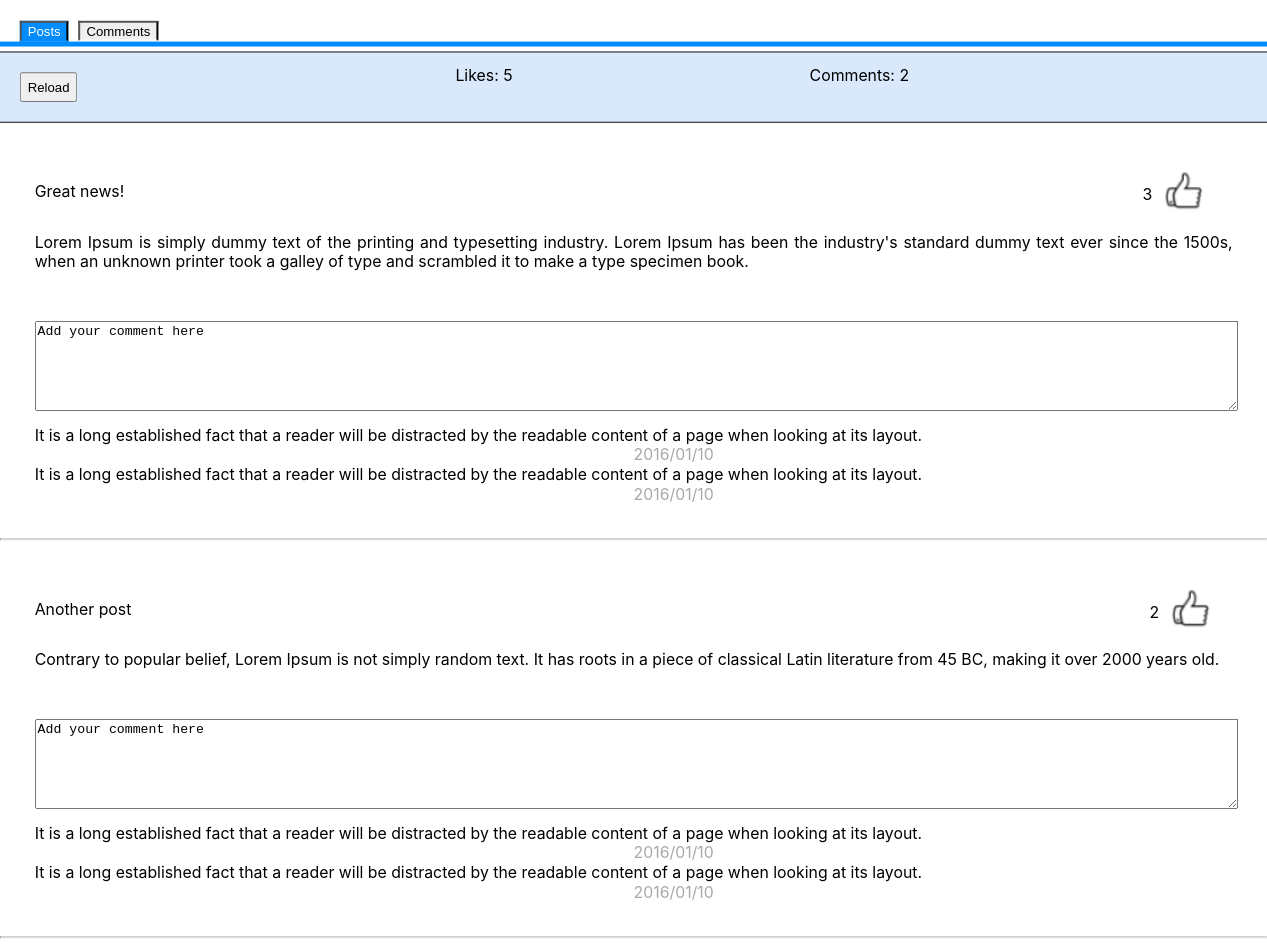
Repository: milosKomiRajkovic94/cleverbit-project
Page: /
An editor plug-in stored every save of this project. The page is shown before and after the next save, followed by the edit.
The browser window is 1280 px wide. The pictures show the whole page, at 99% of full size.
The project was rebuilt for these pictures with package versions that can differ from the ones it lists, and the page was loaded fresh each time. Also part of the build but not shown: src/utils/Loader.js.

Above is the page before, as saved 2020-10-13 20:52:52.

### src/index.js
import React from 'react';

import ReactDOM from 'react-dom';

import App from './App';

import * as serviceWorker from './serviceWorker';

import configureStore from "./store";

import { Provider } from "react-redux";

import { HashRouter as Router } from "react-router-dom";

import "./scss/index.scss";

const store = configureStore();

ReactDOM.render(
  <React.StrictMode>
    <Provider store={store} >
      <Router>
        <App />
      </Router>
    </Provider>
  </React.StrictMode>,
  document.getElementById('root')
);

// If you want your app to work offline and load faster, you can change
// unregister() to register() below. Note this comes with some pitfalls.
// Learn more about service workers: https://bit.ly/CRA-PWA
serviceWorker.unregister();

### src/App.js
import React, {useEffect, useState, lazy, Suspense} from 'react';

import { connect } from "react-redux";

import { bindActionCreators } from "redux";

import { loadCurrentPosts } from "./actions/postActions";

import {
  useHistory,
  Route,
  Switch,
  withRouter,
} from "react-router-dom";

import Header from "./components/HeaderComponents/Header";

import PostsContainer from "./components/PostsComponents/PostsContainer";

import { POSTS, COMMENTS, HOME } from "./constants/urls";

import Loader from "./utils/Loader";

const App = ({ currentPosts, currentPostsAreLoading, currentPostsFailedLoading, loadCurrentPostsAction }) => {

  const [initialLoadingDone, setInitialLoadingDone] = useState(false);
  const history = useHistory();

  useEffect(() => {
    if(!initialLoadingDone){
      loadCurrentPostsAction(true);
      setInitialLoadingDone(true);
    }
  }, [initialLoadingDone, loadCurrentPostsAction])

  function changeLocation(locationToGo) {
    history.push(locationToGo);
  }

  function waitingComponent(Component) {
    return (props) => (
      <Suspense
        fallback={<Loader classNameOfWrapper="centered" text={"Loading"} />}
      >
        <Component {...props} />
      </Suspense>
    );
  }

  return (
    <div className="App">
       <Header
        changeLocation={changeLocation}
       />
       <Switch>
        <Route exact path={HOME} component={PostsContainer} />
        <Route
          exact
          path={POSTS}
          component={waitingComponent(
            lazy(() =>
              import("./components/PostsComponents/PostsContainer")
            )
          )}
        />
        <Route
          exact
          path={COMMENTS}
          component={waitingComponent(
            lazy(() =>
              import("./components/CommentsComponents/CommentsContainer")
            )
          )}
        />
      </Switch>
    </div>
  );
}

const mapStateToProps = (state) => {
  return {
    currentPosts: state.postReducer.currentPosts,
    currentPostsAreLoading: state.postReducer.currentPostsAreLoading,
    currentPostsFailedLoading: state.postReducer.currentPostsFailedLoading,
  }
}

const mapDispatchToProps = (dispatch) => {
  return{
    loadCurrentPostsAction: bindActionCreators(loadCurrentPosts, dispatch)
  }
}

export default withRouter(connect(mapStateToProps, mapDispatchToProps) (App));

### src/store.js
import { createStore, applyMiddleware } from "redux";

import thunk from "redux-thunk";

import rootReducer from "./reducers";

export default function configureStore(){
    return createStore(
        rootReducer,
        applyMiddleware(thunk)
    )
}

### src/scss/index.scss
@import 'app';

@import 'header';

@import 'posts';

### src/actions/postActions.js
import { CURRENT_POSTS_LOADED_SUCCESSFULLY, CURRENT_POSTS_ARE_LOADING, CURRENT_POSTS_FAILED_LOADING, CURRENT_POSTS_LOADED_SUCCESSFULLY_AFTER_INITIAL_LOAD } from "./actionTypes";

import  fakeData from "../constants/fakeData";

export function currentPostsAreLoadingAction(currentPostsAreLoading){
    return{
        type: CURRENT_POSTS_ARE_LOADING,
        currentPostsAreLoading
    }
}

export function currentPostsFailedLoadingAction(currentPostsFailedLoading){
    return{
        type: CURRENT_POSTS_FAILED_LOADING,
        currentPostsFailedLoading
    }
}

export function currentPostsLoadedSuccessfullyAction(currentPosts){
    return{
        type: CURRENT_POSTS_LOADED_SUCCESSFULLY,
        currentPosts
    }
}

/* This is just an action for remaining the current state in order not to have restarted data, but instead updated current data after click on RELOAD BUTTON.
    Delete this action after implementation of API endpoint and use just currentPostsLoadedSuccessfullyAction in order to send current data from the endpoint.
*/
export function currentPostsLoadedSuccessfullyAfterInitialLoad(){
    return{
        type: CURRENT_POSTS_LOADED_SUCCESSFULLY_AFTER_INITIAL_LOAD,
    }
}


export function loadCurrentPosts(initialLoad){
    return(dispatch) => {
        dispatch(currentPostsAreLoadingAction(true));
        /* I will pass direct fake JSON data here and you can implement your actual API end point request here.
        setTimeout will be used as imitation that it takes some time for the request to reach endpoint. */
        setTimeout(function(){
            if(initialLoad){
                dispatch(currentPostsLoadedSuccessfullyAction(fakeData));
            }else {
                dispatch(currentPostsLoadedSuccessfullyAfterInitialLoad());
            }
        }, 1500)

    }
}

### src/components/HeaderComponents/Header.js
import React from "react";

import {
    POSTS,
    COMMENTS,
    HOME
} from "../../constants/urls";

import {
    withRouter,
    useLocation,
  } from "react-router-dom";

const Header = ({ changeLocation }) => {
    const location = useLocation();

    return(
        <div className="header">
            <button className={location.pathname === POSTS || location.pathname === HOME ? "selectedHeaderButton" : "ordinaryButton"} onClick={() => changeLocation(POSTS)}>
                Posts
            </button>
            <button className={location.pathname === COMMENTS ? "rightButton selectedHeaderButton" : "rightButton ordinaryButton"} onClick={() => changeLocation(COMMENTS)}>
                Comments
            </button>
        </div>
    )
}

export default withRouter(Header);

### src/components/PostsComponents/PostsContainer.js
import React from "react";

import { connect } from "react-redux";

import Post from "./Post";

const PostsContainer = ({
    currentNumberOfLikes,
    currentNumberOfComments,
    currentPosts
}) => {
    return(
        <div>
            <div className="postsHeader">
                <button className="reloadButton">
                    Reload
                </button>
                <div className="likesAndCommentsNumber">
                    <span className="likesNumber">
                        Likes: {currentNumberOfLikes}
                    </span>
                    <span className="commentsNumber">
                        Comments: {currentNumberOfComments}
                    </span>
                </div>
            </div>
            <div className="postsContainer">
                {currentPosts.map((singlePost) => {
                    return(
                        <>
                            <Post
                                key={"singlePost" + singlePost.id}
                                title={singlePost.title}
                                comments={singlePost.comments}
                                description={singlePost.description}
                                numberOfLikes={singlePost.numberOfLikes}
                            />
                            <hr className="singlePostHr" />
                        </>
                    )
                })}
            </div>
        </div>
    )
}

const mapStateToProps = (state) => {
    return{
        currentNumberOfLikes: state.postReducer.currentNumberOfLikes,
        currentNumberOfComments: state.postReducer.currentNumberOfComments,
        currentPosts: state.postReducer.currentPosts,
    }
}

export default connect(mapStateToProps) (PostsContainer);

### src/constants/urls.js
export const POSTS = "/posts";
export const COMMENTS = "/comments";
export const HOME = "/";

### src/reducers/index.js
import { combineReducers } from "redux";

import { postReducer } from "./postsReducer";

export default combineReducers({
    postReducer
});

### src/scss/app.scss
body {
  margin: 0;
  font-family: -apple-system, BlinkMacSystemFont, 'Segoe UI', 'Roboto', 'Oxygen',
    'Ubuntu', 'Cantarell', 'Fira Sans', 'Droid Sans', 'Helvetica Neue',
    sans-serif;
  -webkit-font-smoothing: antialiased;
  -moz-osx-font-smoothing: grayscale;
}

code {
  font-family: source-code-pro, Menlo, Monaco, Consolas, 'Courier New',
    monospace;
}

.centered {
  position: fixed;
  top: 50%;
  left: 50%;
}

### src/scss/header.scss
.header {
  padding: 20px;
  border-bottom: 5px solid #008cff;
  padding-bottom: 0px;
}

.selectedHeaderButton,
.selectedHeaderButton:focus,
.selectedHeaderButton:active {
  background: #008cff;
  color: #fff;
  border-bottom: 2px solid #008cff;
  outline: none;
}

.ordinaryButton {
  border-bottom: 1px solid #fff;
}

.rightButton {
  margin-left: 10px;
}

### src/scss/posts.scss
.postsHeader {
  display: inline-flex;
  width: 100%;
  height: 70px;
  margin-top: 5px;
  border-top: 1px solid #111;
  border-bottom: 1px solid #111;
  background-color: #dae8fc;
}

.likesAndCommentsNumber span {
  padding: 150px;
}

.likesAndCommentsNumber {
  width: 100%;
  text-align: center;
  padding-top: 1%;
}

.reloadButton {
  margin: 20px;
}

.postHeader {
  display: inline-flex;
  width: 100%;
  height: 75px;
}

.postLikes {
  display: inline-flex;
  padding-left: 85%;
}

.concreteNumberOfLikes {
  padding-top: 35%;
}

.postTitle {
  padding-top: 2%;
}

.postDescription {
  text-align: justify;
}

.postCommentSection textarea {
  width: 100%;
  height: 85px;
  margin-top: 50px;
  margin-bottom: 10px;
}

.singleCommentText {
  display: block;
  width: 100%;
}

.singleCommentDate {
  width: 100%;
  padding-left: 50%;
  color: darkgrey;
}

.singlePost {
  margin: 35px;
}

### src/actions/actionTypes.js
export const CURRENT_POSTS_LOADED_SUCCESSFULLY = "CURRENT_POSTS_LOADED_SUCCESSFULLY";
export const CURRENT_POSTS_LOADED_SUCCESSFULLY_AFTER_INITIAL_LOAD = "CURRENT_POSTS_LOADED_SUCCESSFULLY_AFTER_INITIAL_LOAD";
export const CURRENT_POSTS_ARE_LOADING = "CURRENT_POSTS_ARE_LOADING";
export const CURRENT_POSTS_FAILED_LOADING = "CURRENT_POSTS_FAILED_LOADING";

### src/constants/fakeData.js
export default [
    {
        id: 1,
        title: "Great news!",
        description: "Lorem Ipsum is simply dummy text of the printing and typesetting industry. Lorem Ipsum has been the industry's standard dummy text ever since the 1500s, when an unknown printer took a galley of type and scrambled it to make a type specimen book.",
        comments: [
            {
                id: 1,
                text: "It is a long established fact that a reader will be distracted by the readable content of a page when looking at its layout.",
                date: "2016/01/10"
            },
            {
                id: 2,
                text: "It is a long established fact that a reader will be distracted by the readable content of a page when looking at its layout.",
                date: "2016/01/10"
            }
        ],
        numberOfLikes: 3
    },
    {
        id: 2,
        title: "Another post",
        description: "Contrary to popular belief, Lorem Ipsum is not simply random text. It has roots in a piece of classical Latin literature from 45 BC, making it over 2000 years old.",
        comments: [
            {
                id: 3,
                text: "It is a long established fact that a reader will be distracted by the readable content of a page when looking at its layout.",
                date: "2016/01/10"
            },
            {
                id: 2,
                text: "It is a long established fact that a reader will be distracted by the readable content of a page when looking at its layout.",
                date: "2016/01/10"
            }
        ],
        numberOfLikes: 2
    }
]

### src/components/PostsComponents/Post.js
import React from "react";

const Post = ({ title, description, comments, numberOfLikes }) => {
    return(
        <div className="singlePost">
            <div className="postHeader">
                <div className="postTitle">
                    {title}
                </div>
                <div className="postLikes">
                    <span className="concreteNumberOfLikes">
                        {numberOfLikes}
                    </span>
                    <img className="likeImage" src={require("./images/likeButtonImage.png")} alt="likeImage" />
                </div>
            </div>
            <div className="postDescription">
                {description}
            </div>
            <div className="postCommentSection">
                <textarea name="newComment" defaultValue={"Add your comment here"} />
            </div>
            {comments.map((comment) => {
                return(
                    <div key={"singleComment" + comment.id} className="singleComment">
                        <span className="singleCommentText">
                            {comment.text}
                        </span>
                        <span className="singleCommentDate">
                            {comment.date}
                        </span>
                    </div>
                )
            })}
        </div>
    )
}

export default Post;

### src/reducers/postsReducer.js
import { CURRENT_POSTS_LOADED_SUCCESSFULLY, CURRENT_POSTS_ARE_LOADING, CURRENT_POSTS_FAILED_LOADING, CURRENT_POSTS_LOADED_SUCCESSFULLY_AFTER_INITIAL_LOAD } from "../actions/actionTypes";

import initialState from "../initialState";


export function postReducer(
    state = initialState.postsReducerState,
    action
) {
    switch(action.type){
        case CURRENT_POSTS_LOADED_SUCCESSFULLY: {
            return{
                ...state,
                currentPosts: action.currentPosts,
                currentPostsAreLoading: false,
                currentPostsFailedLoading: false,
            };
        }

        //When using the real API endpoint just remove this case
        case CURRENT_POSTS_LOADED_SUCCESSFULLY_AFTER_INITIAL_LOAD: {
            return{
                ...state,
                currentPosts: state.currentPosts,
                currentPostsAreLoading: false,
                currentPostsFailedLoading: false,
            };
        }

        case CURRENT_POSTS_ARE_LOADING: {
            return{
                ...state,
                //When using the real API endpoint just replace this with empty array []
                currentPosts: state.currentPosts,
                currentPostsAreLoading: action.currentPostsAreLoading,
                currentPostsFailedLoading: false,
            };
        }

        case CURRENT_POSTS_FAILED_LOADING: {
            return {
                ...state,
                //When using the real API endpoint just replace this with empty array []
                currentPosts: state.currentPosts,
                currentPostsAreLoading: false,
                currentPostsFailedLoading: action.currentPostsFailedLoading,
            }
        }

        default: {
            return state;
        }
    }
}

### src/initialState.js
export default {
    postsReducerState: {
        currentPosts: [],
        currentNumberOfLikes: 5,
        currentNumberOfComments: 2,
        currentPostsAreLoading: false,
        currentPostsFailedLoading: false,
    }
}

Loaded but not shown: public/index.html (common file); src/serviceWorker.js (common file)

After the next save:
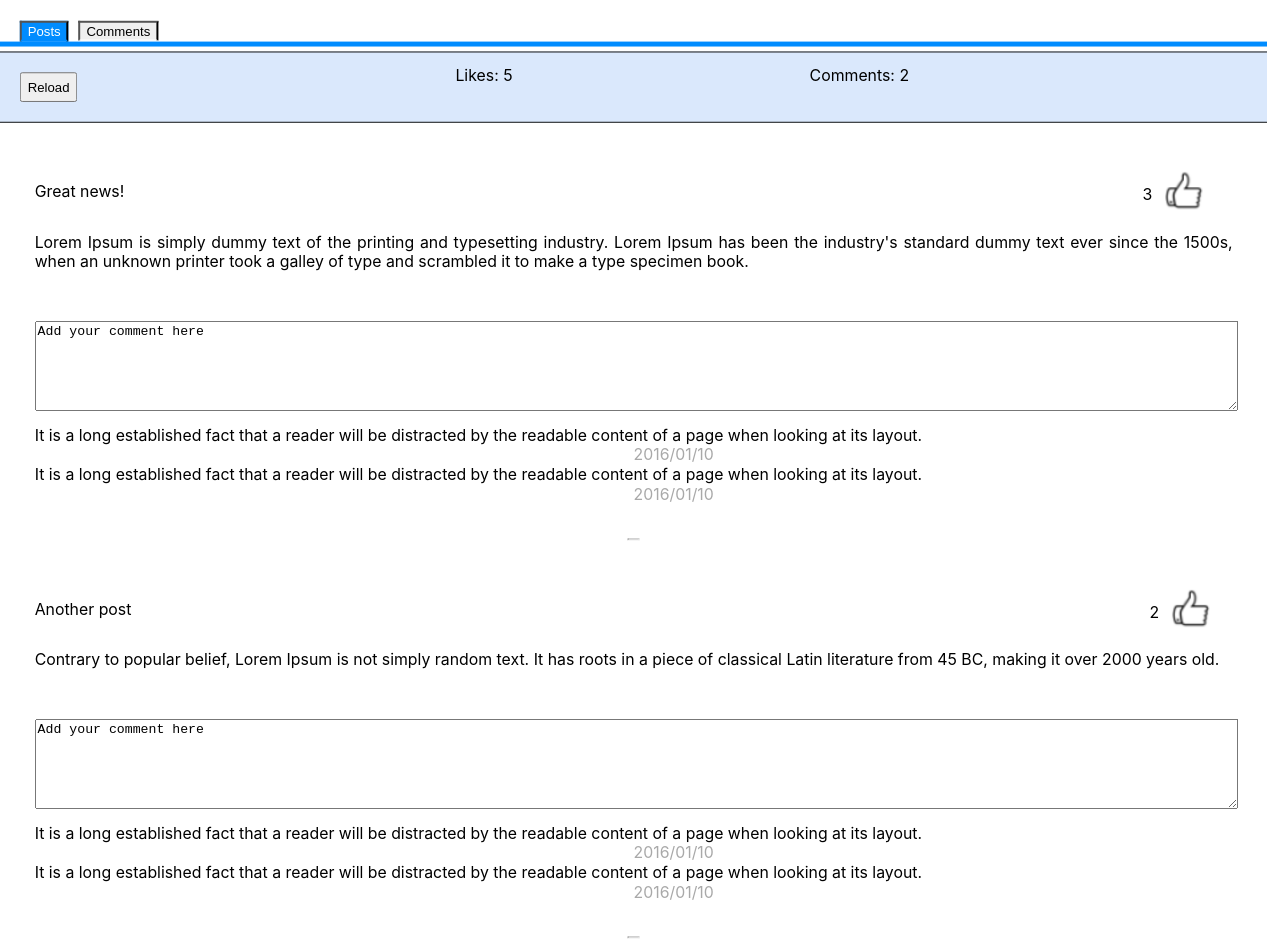
Saved 20 s later.
--- a/src/scss/posts.scss
+++ b/src/scss/posts.scss
@@ -66,3 +66,7 @@
 .singlePost {
   margin: 35px;
 }
+
+.singlePostHr {
+  width: 10px;
+}

After the save that followed:
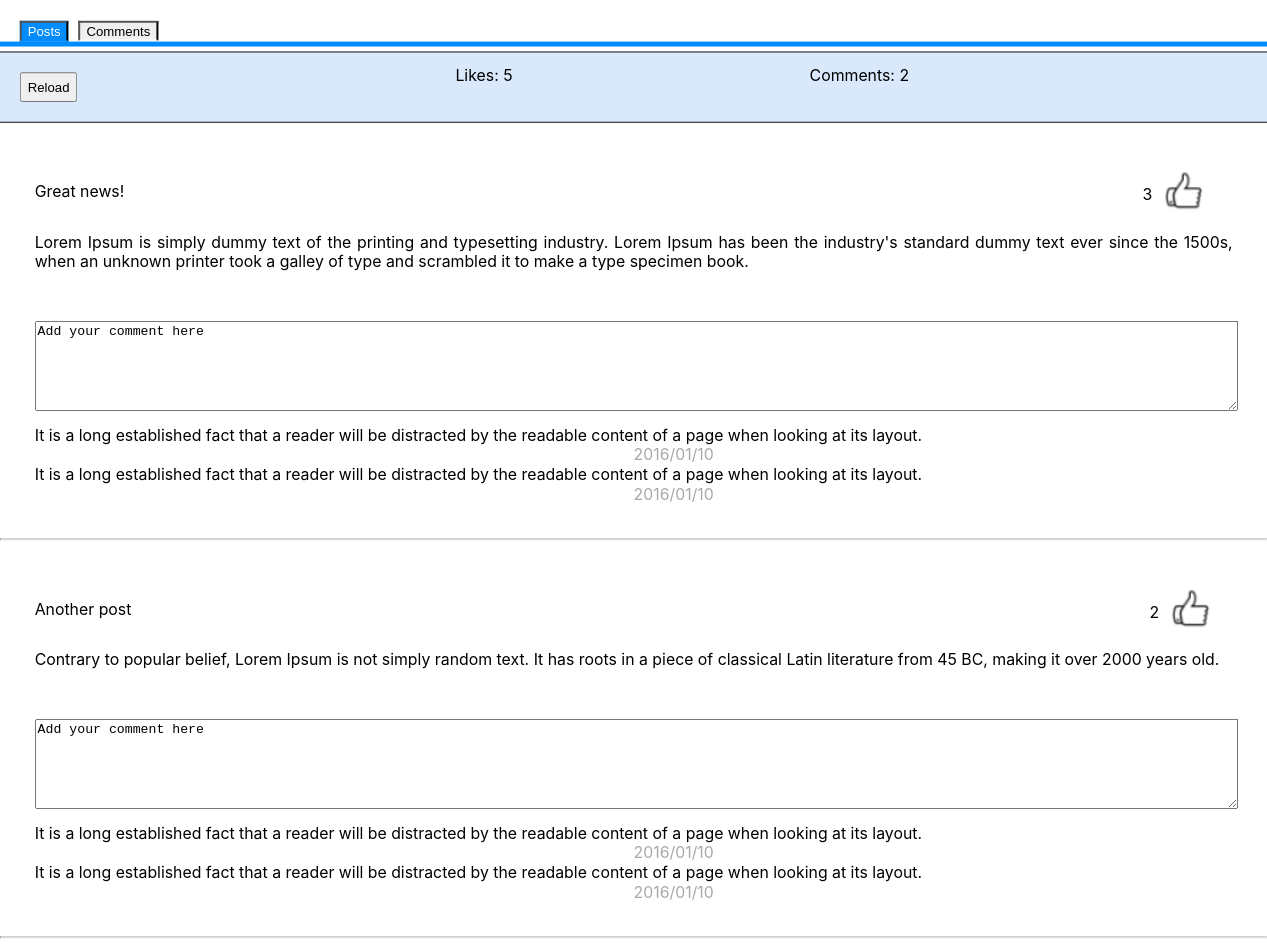
Saved 6 s later.
--- a/src/scss/posts.scss
+++ b/src/scss/posts.scss
@@ -68,5 +68,4 @@
 }
 
 .singlePostHr {
-  width: 10px;
 }
